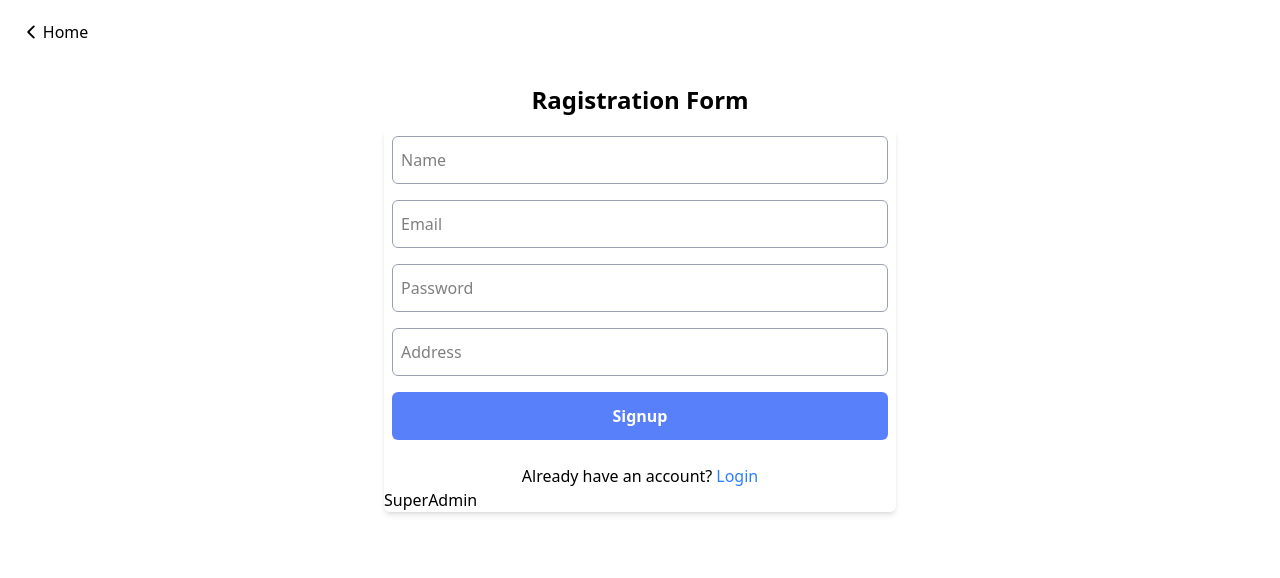
Repository: GAURAV-KUMAR22/restro-food-order-app
Page: /signup (app in qr-app/)
An editor plug-in stored every save of this project. The page is shown before and after the next save, followed by the edit.
The browser window is 1280 px wide. The pictures show the whole page.
The page's requests for data from a server got no answer. The project was rebuilt for these pictures with package versions that can differ from the ones it lists, and the page was loaded fresh each time. No one was signed in, and anything a server would have sent is missing. Also part of the build but not shown: qr-app/vite.config.js, qr-app/src/Services/ProtectedRoutes.jsx, qr-app/src/components/CardItem.jsx, qr-app/src/components/CardDetails.jsx, qr-app/src/components/Client/CategoryCard.jsx, qr-app/src/Services/Socket.js, qr-app/src/components/Client/OrderStatusCard.jsx, qr-app/src/components/Client/SearchInput.jsx and 33 more.

Above is the page before, as saved 2025-06-11 09:49:02.

### qr-app/index.html
<!DOCTYPE html>
<html lang="en">
  <head>
    <meta charset="UTF-8" />
    <link rel="icon" type="image/svg+xml" href="/vite.svg" />
    <meta name="viewport" content="width=device-width, initial-scale=1.0" />
    <title>Vite + React</title>
    <style>
      @import url("https://fonts.googleapis.com/css2?family=Inter:ital,opsz,wght@0,14..32,100..900;1,14..32,100..900&display=swap");
    </style>
  </head>
  <body>
    <div id="root"></div>
    <script type="module" src="/src/main.jsx"></script>
  </body>
</html>

### qr-app/src/main.jsx
import React, { StrictMode } from "react";
import { createRoot } from "react-dom/client";
import "./index.css";
import App from "./App.jsx";
import { BrowserRouter } from "react-router-dom";
import { Provider } from "react-redux";
import store from "./Store/store.js";
import { AuthProvider } from "../Context/AuthProvider";

createRoot(document.getElementById("root")).render(
  // <StrictMode>
  <BrowserRouter>
    <Provider store={store}>
      <AuthProvider>
        <App />
      </AuthProvider>
    </Provider>
  </BrowserRouter>
  // </StrictMode>,
);

### qr-app/src/index.css
@import "tailwindcss";
.coverimg {
  background: url('/public/assets.image1.png');
}

### qr-app/src/App.jsx
import React, { useEffect } from "react";
import ScrollToTop from "./components/ScrollToTop";
import QrCode from "react-qr-code";
import { Suspense, lazy } from "react";
import { Route, Routes } from "react-router-dom";
import "./App.css";
import { ProtectedRoutes } from "./Services/ProtectedRoutes";
import { Home } from "./Pages/Clients/Home";
import { CartPage } from "./Pages/Clients/CartPage";
import { Category as FoodCategory } from "./Pages/Clients/Category";
import { PaymentsMethod } from "./Pages/Clients/PaymentsMethod";
import { DashBoardPage } from "./Pages/Admin/DashBoardPage";
import { NewProduct } from "./Pages/Admin/NewProduct";
import { NewCategory } from "./Pages/Admin/NewCategory";
import { Category } from "./Pages/Admin/Category";
import { OrderSuccess } from "./Pages/Clients/Order-Success";
import { Signup } from "./Pages/Auth/Signup";
import { Login } from "./Pages/Auth/Login";
import { UserInfo } from "./Pages/Clients/UserInfo";
import { PaymentPage } from "./Pages/Clients/PaymentPage";
import { OrderUpdate } from "./Pages/Admin/OrderUpdate";
import { TotalSale } from "./Pages/Admin/TotalSale";
import { GraphicalPage } from "./Pages/Admin/GraphicalPage";
import { ProductsDetails } from "./Pages/Clients/ProductsDetails";
import { CategoryView } from "./Pages/Admin/CategoryView";
import { TodayOrderStat } from "./Pages/Admin/TodayOrderStat";
import { io } from "socket.io-client";
import { useAuth } from "../Context/AuthProvider";

import { Toaster } from "react-hot-toast";
import { ShopDetails } from "./Pages/ShopDetails";
import { SuperAdminSignup } from "./Pages/Auth/SuperAdminSignup";
import { DashBoard } from "./Pages/SuperAdmin/DashBoard";
import { SuperAdminLogin } from "./Pages/Auth/SuperAdminLogin";
import { AllAdmin } from "./Pages/SuperAdmin/AllAdmin";
import { PendingAdmins } from "./Pages/SuperAdmin/PendingAdmins";

const backendUrl =
  import.meta.env.VITE_MODE === "Production"
    ? import.meta.env.VITE_BACKEND_PROD
    : import.meta.env.VITE_BACKEND_DEV;

const socket = io(backendUrl);
function App() {
  const { isAuthenticated } = useAuth();

  useEffect(() => {
    const handleConnect = () => {};

    const handleDisconnect = () => {};

    socket.on("connect", handleConnect);
    socket.on("disconnect", handleDisconnect);

    return () => {
      socket.off("connect", handleConnect);
      socket.off("disconnect", handleDisconnect);
    };
  }, []);

  return (
    <div className="box-border">
      <QrCode
        value="https://food-order-app-1-jddi.onrender.com/"
        className="hidden"
      />
      <ScrollToTop />

      <Suspense
        fallback={
          <div className="m duration-400 x-auto my-auto w-[98%] animate-pulse">
            <div>
              <div className="mb-4 h-[250px] rounded-lg bg-gray-400"></div>
            </div>
            <div className="mb-4 h-[30px] w-full rounded bg-gray-400"></div>
            <div className="mb-8 flex gap-4">
              {[...Array(5)].map((_, i) => (
                <div
                  key={i}
                  className="h-[180px] w-[170px] rounded-2xl bg-gray-400"
                ></div>
              ))}
            </div>
            <div className="mb-4 flex gap-4">
              {[...Array(5)].map((_, i) => (
                <div
                  key={i}
                  className="h-[180px] w-[170px] rounded-2xl bg-gray-400"
                ></div>
              ))}
            </div>
            <div className="mb-4 h-[35px] w-full rounded bg-gray-400"></div>
            <div className="mb-4 h-[35px] w-full rounded bg-gray-400"></div>
          </div>
        }
      >
        <Routes className="min-w-[375px] h-auto">
          {/* SuperAdmin */}

          <Route path="/signup/superadmin" element={<SuperAdminSignup />} />
          <Route path="/login/superadmin" element={<SuperAdminLogin />} />
          <Route path="/superAdmin" element={<DashBoard />} />
          <Route path="/superAdmin/admin-list" element={<AllAdmin />} />
          <Route path="/superAdmin/pending-admin" element={<PendingAdmins />} />

          {/* Client */}
          <Route index element={<ShopDetails />} />
          <Route path="/login" element={<Login />} />
          <Route path="/signup" element={<Signup />} />
          {/* Default for /shop/:shop */}
          <Route path="/shop/:shopId">
            <Route index element={<Home />} /> {/* Default for /shop/:shop */}
            <Route path="user-info" element={<UserInfo />} />
            <Route path="product/:id" element={<ProductsDetails />} />
            <Route path="cart" element={<CartPage />} />
            <Route path="cart-bill" element={<PaymentsMethod />} />
            <Route path=":category" element={<FoodCategory />} />
            <Route path="payment" element={<PaymentPage />} />
            <Route path="order-success" element={<OrderSuccess />} />
          </Route>
          {/* Admin Protected Routes */}
          <Route path="/" element={<ProtectedRoutes />} className="box-border">
            <Route index path="/admin" element={<DashBoardPage />} />
            <Route path="/admin/createProduct" element={<NewProduct />} />
            <Route path="/admin/Category" element={<Category />} />
            <Route path="/admin/newCategory" element={<NewCategory />} />
            <Route path="/admin/:category" element={<CategoryView />} />
            <Route path="/admin/pending-orders" element={<OrderUpdate />} />
            <Route path="/admin/totelsale" element={<TotalSale />} />
            <Route path="/admin/data-visualize" element={<GraphicalPage />} />
            <Route path="/admin/today-orders" element={<TodayOrderStat />} />
          </Route>
        </Routes>
      </Suspense>
      <Toaster />
    </div>
  );
}

export default App;

### qr-app/src/Store/store.js
import { configureStore } from "@reduxjs/toolkit";
import cartSlice from "../Redux/Cart/index.js";
const store = configureStore({
    reducer: {
        cart: cartSlice
    }
});
export default store;

### qr-app/Context/AuthProvider.jsx
import React, { createContext, useContext, useEffect, useState } from "react";
import PrivateAxios from "../src/Services/PrivateAxios.js";

const AuthContext = createContext();

export const AuthProvider = ({ children }) => {
  const [isAuthenticated, setAuthenticated] = useState(false);
  const [loading, setLoading] = useState(true);

  useEffect(() => {
    const checkAuth = async () => {
      try {
        const res = await PrivateAxios.get("/auth/check");
        setAuthenticated(res.data.authenticated);
      } catch {
        setAuthenticated(false);
      } finally {
        setLoading(false);
      }
    };

    checkAuth();
  }, []);

  if (loading) return <div>Loading...</div>;

  return (
    <AuthContext.Provider value={{ isAuthenticated, setAuthenticated }}>
      {children}
    </AuthContext.Provider>
  );
};

export const useAuth = () => useContext(AuthContext);

### qr-app/src/components/ScrollToTop.jsx
// ScrollToTop.jsx
import { useEffect } from "react";
import { useLocation } from "react-router-dom";

const ScrollToTop = () => {
    const { pathname } = useLocation();

    useEffect(() => {
        // Scrolls to top whenever pathname changes
        window.scrollTo(0, 0);
    }, [pathname]);

    return null;
};

export default ScrollToTop;

### qr-app/src/Pages/Auth/Signup.jsx
import React, { useState } from "react";
import { Link, Links, useNavigate } from "react-router-dom";
import publicAxios from "../../Services/PublicAxios";
import { ReverseButton } from "../../components/Client/ReverseButton";
export const Signup = () => {
  const naviagate = useNavigate();
  const [form, setForm] = useState({
    name: "",
    email: "",
    password: "",
  });
  const [errors, setErrors] = useState({});

  const validate = () => {
    const newErrors = {};

    if (!form.name) {
      newErrors.name = "Name is required";
    }

    const emailRegex = /^[a-zA-Z0-9._%+-]+@[a-zA-Z0-9-]+(?:\.[a-zA-Z]{2,})+$/;

    if (!form.email.trim() || !emailRegex.test(form.email)) {
      newErrors.email = "Email is not correct";
    }

    const passwordRezax =
      /(?=.*[A-Z])(?=.*[a-z])(?=.*\d)(?=.*[@*$%&+=!]).{8,}$/;

    if (!form.password.trim() || !passwordRezax.test(form.password)) {
      newErrors.password =
        "Password must be Atleats One upparcase later and one lowercase and any symbol";
    }

    setErrors(newErrors);
    return Object.keys(newErrors).length === 0;
  };

  async function handleForm(e) {
    e.preventDefault();
    if (validate()) {
      const resoponce = await publicAxios.post("/auth/signup", form);
      if (!resoponce.status === 201) {
        throw new Error({ message: "Responce Failed" });
      }
      naviagate("/login");
    }
  }

  function handleInput(e) {
    e.preventDefault();
    const { name, value } = e.target;
    setForm({ ...form, [name]: value });
  }
  return (
    <div className="  my-0  relative">
      <div className="flex justify-start w-[98%] mx-auto mt-3">
        <ReverseButton route={"/"} routeName={"Home"} css={"text-left"} />
      </div>
      <div className="mt-10 flex flex-col items-center ">
        <h2 className="flex justify-center text-2xl font-semibold">
          Ragistration Form
        </h2>
        <form
          onSubmit={handleForm}
          className="w-full sm:w-full md:w-[50%] lg:w-[40%] m-3 shadow-md rounded-md flex flex-col justify-center"
        >
          <div className="flex flex-col">
            <input
              type="text"
              name="name"
              placeholder="Name"
              required
              className="m-2 border border-gray-400 pl-2 h-12 rounded-md"
              onChange={handleInput}
            />
            {errors.name && <p style={{ color: "red" }}>{errors.name}</p>}
          </div>
          <div className="flex flex-col">
            <input
              type="email"
              name="email"
              placeholder="Email"
              required
              className="m-2 border border-gray-400 pl-2 h-12 rounded-md"
              onChange={handleInput}
            />
            {errors.email && <p style={{ color: "red" }}>{errors.email}</p>}
          </div>
          <div className="flex flex-col">
            <input
              type="password"
              name="password"
              placeholder="Password"
              required
              className="m-2 border border-gray-400 pl-2 h-12 rounded-md"
              onChange={handleInput}
            />
            {errors.password && (
              <p style={{ color: "red" }}>{errors.password}</p>
            )}
          </div>
          <div className="flex flex-col">
            <input
              type="text"
              name="address"
              placeholder="Address"
              required
              className="m-2 border border-gray-400 pl-2 h-12 rounded-md"
              onChange={handleInput}
            />
            {errors.address && <p style={{ color: "red" }}>{errors.address}</p>}
          </div>
          <div>
            <label htmlFor="file-upload"></label>
            <div className="flex flex-col"></div>
          </div>

          {/* 🛠 No extra div! Directly button */}
          <button
            type="submit"
            className="m-2 bg-[#5780FA] text-white font-semibold h-12 rounded-md hover:bg-blue-600 transition duration-300"
          >
            Signup
          </button>

          <p className="flex justify-center mt-4">
            Already have an account?
            <Link className="text-blue-500 ml-1" to="/login">
              Login
            </Link>
          </p>
          <p>
            <Link to={"/signup/superadmin"}>SuperAdmin</Link>
          </p>
        </form>
      </div>
    </div>
  );
};

### qr-app/src/Redux/Cart/index.js
import { createSlice } from "@reduxjs/toolkit";

// Helper to load cart from localStorage
const getInitialCart = () => {
  const storedCart = localStorage.getItem("cart");
  return storedCart ? JSON.parse(storedCart) : [];
};

export const cartSlice = createSlice({
  name: "cart",
  initialState: {
    cartItems: getInitialCart(), // Load initial cart state from localStorage
  },
  reducers: {
    addToCart: (state, action) => {
      const product = action.payload;
      const existingItem = state.cartItems.find(
        (item) => item._id === product._id
      );

      if (existingItem) {
        existingItem.quantity += 1;
      } else {
        state.cartItems.push({ ...product, quantity: 1 });
      }

      // Sync with localStorage
      localStorage.setItem("cart", JSON.stringify([...state.cartItems]));
    },

    incrementCart: (state, action) => {
      const item = state.cartItems.find((item) => item._id === action.payload);
      if (item) {
        item.quantity += 1;
        localStorage.setItem("cart", JSON.stringify([...state.cartItems]));
      }
    },

    removeFromCart: (state, action) => {
      const productId = action.payload;
      const existingItem = state.cartItems.find(
        (item) => item._id === productId
      );

      if (existingItem) {
        if (existingItem.quantity > 1) {
          existingItem.quantity -= 1;
        } else {
          state.cartItems = state.cartItems.filter(
            (item) => item._id !== productId
          );
        }
        localStorage.setItem("cart", JSON.stringify([...state.cartItems]));
      }
    },

    updateQuantity: (state, action) => {
      const { id, quantity } = action.payload;
      const itemIndex = state.cartItems.findIndex((item) => item._id === id);

      if (itemIndex !== -1) {
        if (quantity === 0) {
          state.cartItems.splice(itemIndex, 1); // Remove item
        } else {
          state.cartItems[itemIndex].quantity = quantity; // Update quantity
        }
      }

      localStorage.setItem("cart", JSON.stringify([...state.cartItems]));
    },

    clearCart: (state) => {
      state.cartItems = [];
      localStorage.removeItem("cart");
    },

    loadCartFromLocalStorage: (state) => {
      const storedCart = localStorage.getItem("cart");
      if (storedCart) {
        state.cartItems = JSON.parse(storedCart);
      }
    },

    syncCartFromLocalStorage: (state) => {
      const cart = localStorage.getItem("cart");
      state.cartItems = cart ? JSON.parse(cart) : [];
    },
  },
});

export const {
  addToCart,
  removeFromCart,
  incrementCart,
  loadCartFromLocalStorage,
  clearCart,
  syncCartFromLocalStorage,
  updateQuantity,
} = cartSlice.actions;

export default cartSlice.reducer;

### qr-app/src/Services/PrivateAxios.js
import axios from "axios";

const PrivateAxios = axios.create({
  baseURL: `${
    import.meta.env.VITE_MODE === "Production"
      ? import.meta.env.VITE_BACKEND_PROD
      : import.meta.env.VITE_BACKEND_DEV
  }/api/v1`,
  headers: {
    "Content-Type": "application/json",
  },
  withCredentials: true, // ✅ Required for sending cookies with requests
});

PrivateAxios.interceptors.request.use(
  (response) => response,
  (error) => {
    if (error.response?.status === 401) {
      console.warn("Unauthorized. Possibly invalid or expired session.");
      // Optional: redirect to login or clear local app state
      // window.location.href = "/login";
    }
    return Promise.reject(error);
  }
);

export default PrivateAxios;

### qr-app/src/Pages/Clients/Home.css
* {
  box-sizing: border-box;
}

.hide-scrollbar::-webkit-scrollbar {
  display: none;
}
.hide-scrollbar {
  -ms-overflow-style: none; /* IE and Edge */
  scrollbar-width: none; /* Firefox */
}

.search-container {
  margin: 16px;
  position: static;
  width: 343;
  height: 78;
  top: 224px;
  left: 16px;
  gap: 12px;
}

.search-container p {
  text-align: center;
}

.search-input {
  width: 343px;
  height: 40px;
  gap: 4px;
  border-radius: 8px;
  padding-top: 10px;
  padding-right: 16px;
  padding-bottom: 10px;
  padding-left: 16px;
  border-width: 1px;
  text-align: center;
  border: 1px solid #cdd6de;
}

.food-items {
  display: flex;
  margin: 10px 0 10px 10px;
  overflow-x: scroll;
  gap: 10px;
}

.item-card {
  width: 62px;
  height: 82px;
  gap: 2px;
  text-align: center;
}

.item-card p {
  width: 62;
  height: 18;
  font-family: Inter;
  font-weight: 500;
  font-size: 11px;
  line-height: 17.6px;
  letter-spacing: -0.4%;
  text-align: center;
  padding-left: 2px;
}

.best-seller-item {
  margin: 10px;
}

.detail-card {
  min-width: 140px;
  max-height: 140px;
  gap: 4px;
  border-radius: 16px;
  padding: 8px;
  margin-bottom: 10px;
  background: #ffffff;
  overflow-x: scroll;
  margin: 5px;
}

.detail-card img {
  /* width: 90; */
  height: 65;
  justify-content: center;
  align-items: center;
  display: flex;
  text-align: center;
}

.detail-card-head {
  display: flex;
  gap: 80px;
  margin-top: 10px;
  justify-content: space-between;
}

.cardList {
  display: flex;
  gap: 4px;
}

.detail-card h3 p {
  width: 108px;
  height: 23px;
  font-family: Inter;
  font-weight: 500;
  font-size: 14px;
  line-height: 22.4px;
  letter-spacing: -1%;
  background: #000000;
}

.burger-item-list {
  width: 344px;
  height: 169px;
  justify-content: space-between;
  display: flex;
  flex-wrap: wrap;
}

.detail-card button {
  width: 132px;
  height: 32px;
  gap: 10px;
  border-radius: 8px;
  padding-top: 4px;
  padding-right: 8px;
  padding-left: 8px;
  border-width: 1px;
  background: #f9d718;
  border: 1px solid #f9d718;
}

.detail-card-specil {
  width: 159px;
  height: 169px;
  padding-inline: 10px;
  border-radius: 16px;
  background: #ffffff;
  box-shadow: 0px 10px 20px 0px #adb3561a;
}

/* Burger Page */

.item-cards {
  display: flex;
  width: 375;
  height: 58;
  top: 44px;
  gap: 10px;
  padding-right: 21px;
  padding-bottom: 16px;
  padding-left: 21px;
}

.item-card a {
  display: flex;
  gap: 2px;
}

.burger-item-list {
  display: grid;
  align-content: flex-start;
  flex-wrap: wrap;
  top: 110px;
  left: 16px;
}

/* Orders page */

.order-container {
  background: #ffffff;
}

.orderDetils {
  width: 100%;
  min-width: 344;
  height: 12;
  justify-content: space-between;
  border-radius: 16px;
  padding: 8px;
}

.order-detils-card {
  display: flex;
  width: 344;
  height: 120;
  justify-content: space-between;
  border-radius: 16px;
  margin: 5px;
  background: #ffffff;
  box-shadow: 5px 5px rgba(235, 235, 240, 0.8);
}

.left {
  margin: 10px;
  width: 150;
  height: 94;
  gap: 16px;
}

.left h4 {
  width: 120px;
  height: 26px;
  font-family: Inter;
  font-weight: 550;
  font-size: 20px;
  line-height: 25.6px;
  letter-spacing: -1%;
}

.right {
  width: 102px;
  height: 130px;
  gap: 8px;
  margin: 6px;
}

.right img {
  width: 85;
  height: 64;
  object-fit: fill;
}

/* .order-quantityBtn {
    width: 100px;
    height: 32;
    justify-content: space-between;
    border-radius: 8px;
    padding: 5px;
    border-width: 1px;
    display: flex;
    margin-inline: 10px;
    background-color: #F9D718;
    margin-inline: 10px;
    gap: 10px;

} */

/*
.order-quantityBtn p {
    display: flex;
    align-items: center;
    justify-content: center;
} */

/* .order-quantityBtn img {
    justify-content: center;
    align-items: center;
    width: 50px;
} */

.order-calc div {
  justify-content: space-between;
  margin: 16px;
  display: flex;
  width: 343;
  height: 128;
  top: 558px;
  left: 16px;
  gap: 16px;
}

.order-btn {
  /* position: unset;
    margin-left: 14px;
    display: flex;
    width: 99%;
    margin-right: 30px;
    height: 40px;
    top: 731px;
    left: 16px;
    gap: 10px; */
  margin: 0 auto;
  width: 90%;
  border-radius: 8px;
  border-width: 1px;
  padding-top: 4px;
  padding-right: 8px;
  padding-bottom: 4px;
  padding-left: 8px;
  background: #f9d718;
  border: 1px solid #ae9507;
  box-shadow: 0px 10px 20px 0px #0000001a;
}

.payment-method {
  width: 343;
  height: 560;
  top: 68px;
  left: 16px;
  gap: 8px;
}

.payment-method p {
  width: 149;
  height: 23;
  font-family: Inter;
  font-weight: 400;
  font-size: 14px;
  line-height: 22.4px;
  letter-spacing: 0%;
  text-align: center;
}

.amount {
  justify-content: center;
  align-items: center;
  text-align: center;
}

/* Table styling */
.styled-table {
  width: 100%;
  font-family: Arial, sans-serif;
  border: none;
  max-height: 250px;
  justify-content: first baseline;
  align-content: first baseline;
}

.styled-table thead tr {
  text-align: left;
  padding: 10px;
  border-bottom: 1px solid black;
}

.styled-table td {
  padding: 10px;
  text-align: start;
}

.styled-table tbody tr:nth-child(even) {
  background-color: #f2f2f2;
}

.styled-table tbody tr:hover {
  background-color: #ddd;
}

.styled-table td:first-child {
  text-align: left;
  font-weight: bold;
}

.icCard {
  margin: 0 auto;
  align-items: center;
  justify-content: center;
  display: flex;
}

.star-icon:hover {
  color: inherit !important;
  transform: none !important;
}

### qr-app/src/Services/PublicAxios.js
import axios from "axios";
const publicAxios = axios.create({
  baseURL: `${
    import.meta.env.VITE_MODE === "Production"
      ? import.meta.env.VITE_BACKEND_PROD
      : import.meta.env.VITE_BACKEND_DEV
  }/api/v1`,
  headers: {
    "Content-Type": "application/json",
  },
});

export default publicAxios;

### qr-app/src/components/Client/ReverseButton.jsx
import React from "react";
import { IoIosArrowBack } from "react-icons/io";
import { Link } from "react-router-dom";

export const ReverseButton = ({ route, routeName, css }) => {
  return (
    <Link
      className={`flex ${css} gap-[4px] items-center justify-start  ml-2 mt-2`}
      to={`${route}`}
    >
      <span className="w-[18px] h-[20px]">
        <IoIosArrowBack size={20} />
      </span>
      <span className="text-base font-medium capitalize"> {routeName} </span>
    </Link>
  );
};

Loaded but not shown: qr-app/src/App.css (common file)

After the next save:
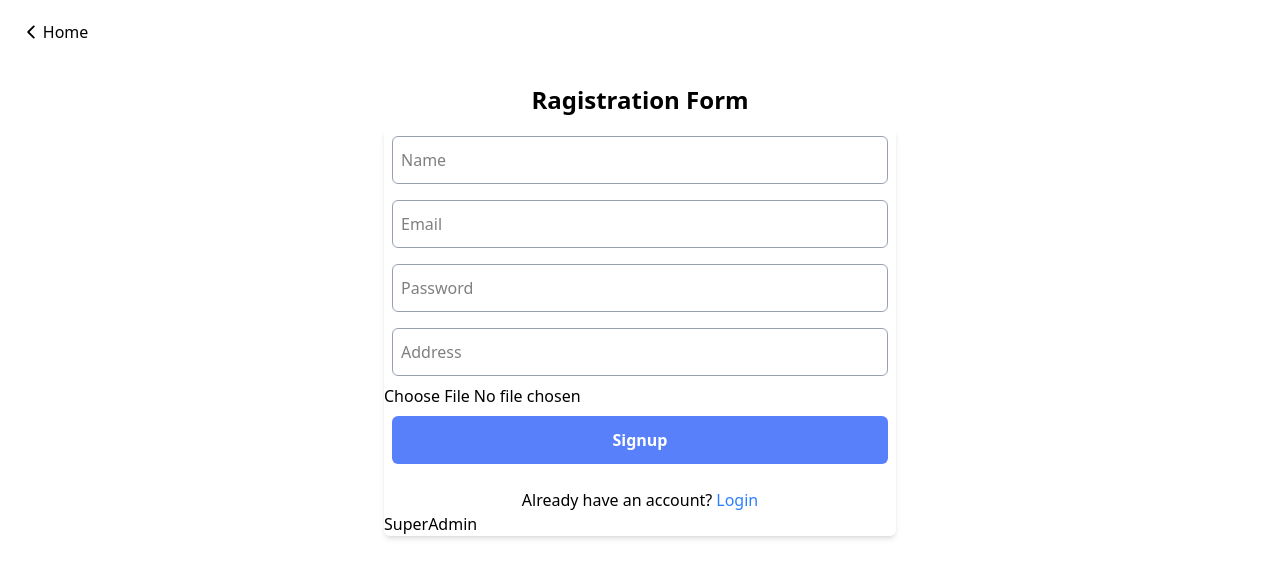
Saved 38 s later.
--- a/qr-app/src/Pages/Auth/Signup.jsx
+++ b/qr-app/src/Pages/Auth/Signup.jsx
@@ -113,7 +113,9 @@ export const Signup = () => {
           </div>
           <div>
             <label htmlFor="file-upload"></label>
-            <div className="flex flex-col"></div>
+            <div className="flex flex-col">
+              <input type="file" alt="file-upload" />
+            </div>
           </div>
 
           {/* 🛠 No extra div! Directly button */}
